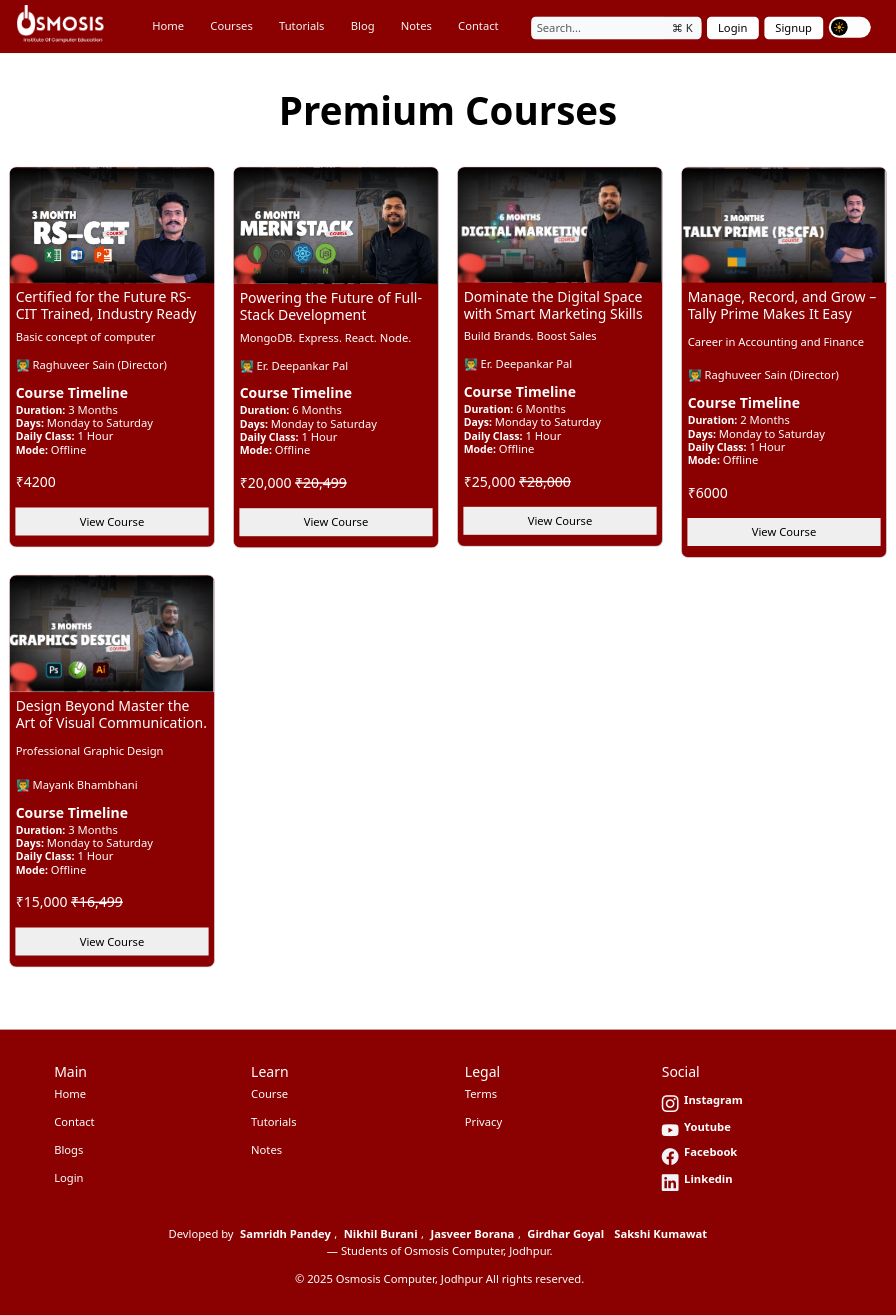
Repository: samriidhpandey/osmosis
Page: /Courses
The author's editor kept a copy of each file at every save. The page is drawn from the files as they stood at one save, then again after a run of saves.
The browser window is 1280 px wide. The pictures show the whole page, at 70% of full size.
The project was rebuilt for these pictures with package versions that can differ from the ones it lists, and the page was loaded fresh each time. Also part of the build but not shown: vite.config.js, src/Section2.jsx, src/Section3.jsx, src/Section4.jsx, src/InfiniteReviewScroll.jsx, src/Section5.jsx, src/TypingText.jsx, src/AnimatedName.jsx and 103 more. Imported but missing from the stored project, and not drawn on this page: src/Images/final-app-on-mobile.mp4, src/Images/final-app-on-pc.mp4, src/Images/open-terminals.mp4, src/Images/python-location.mp4.

Above is the page before, as saved 2025-07-21 16:38:03.

After the next 2 saves:
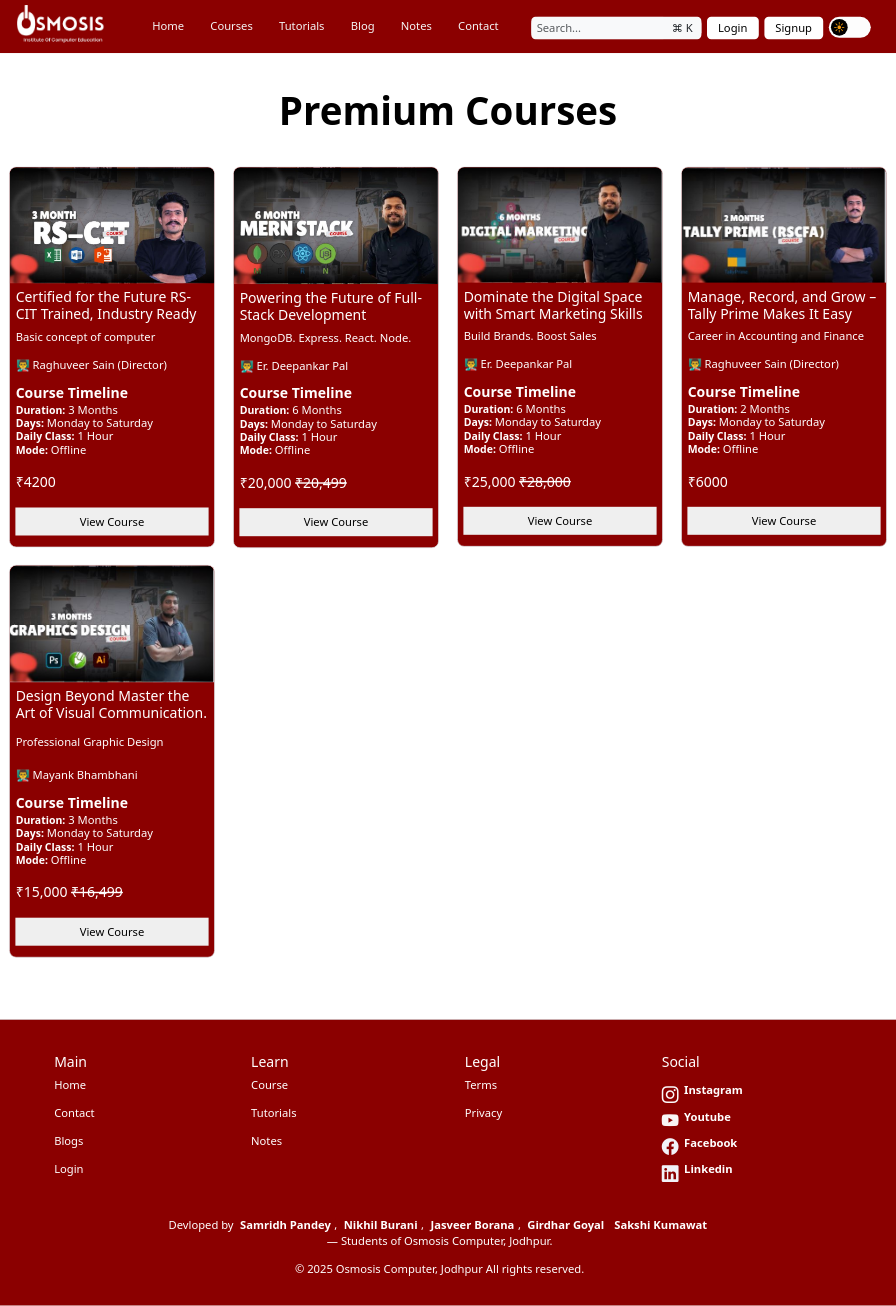
The 2 saves are shown as one change because they came seconds apart.
The last was saved 6 s later.
--- a/src/Component2/Courses.jsx
+++ b/src/Component2/Courses.jsx
@@ -136,8 +136,8 @@
               </div>
               <div className=" p-2">
             <h5 className=''>Manage, Record, and Grow – Tally Prime Makes It Easy</h5>
-            <p className='mt-3'>Career in Accounting and Finance</p>
-            <p className='mt-4'>👨‍🏫 Raghuveer Sain (Director)</p>
+            <p className=''>Career in Accounting and Finance</p>
+            <p className=''>👨‍🏫 Raghuveer Sain (Director)</p>
             <h5 style={headingStyle}>Course Timeline</h5>
       <p style={itemStyle}><strong>Duration:</strong> 2 Months</p>
       <p style={itemStyle}><strong>Days:</strong> Monday to Saturday</p>
